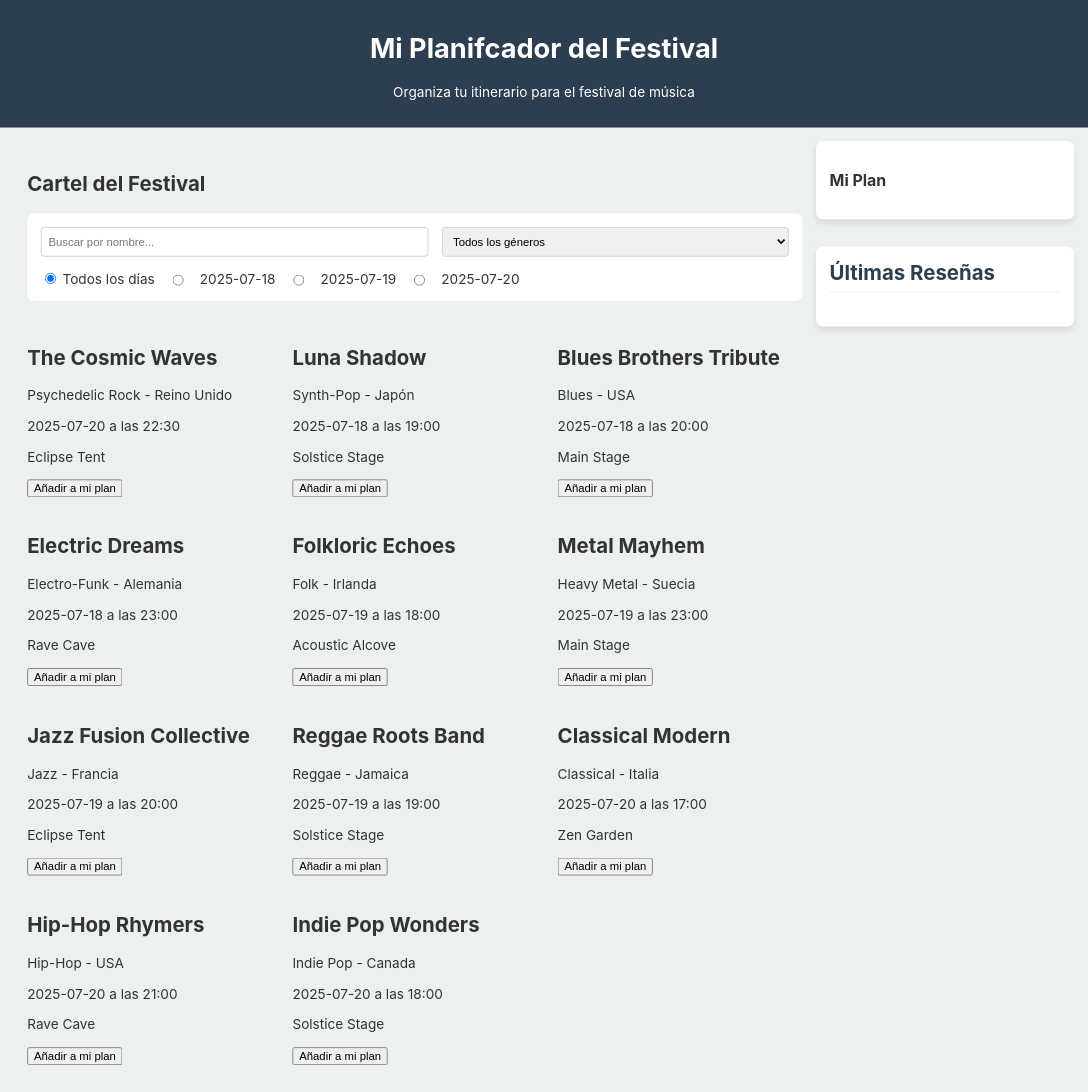
Repository: covaa15/DWEC
Page: Examen12_12_2025/index.html
An editor plug-in stored every save of this project. The page is shown before and after the next save, followed by the edit.
The browser window is 1280 px wide. The pictures show the whole page, at 85% of full size.

Above is the page before, as saved 2025-12-12 13:35:57.

### Examen12_12_2025/index.html
<!DOCTYPE html>
<html lang="es">
<head>
    <meta charset="UTF-8">
    <meta name="viewport" content="width=device-width, initial-scale=1.0">
    <title>Festival</title>
    <link rel="stylesheet" href="css/style.css">
</head>
<body>
    <!-- Encabezado principal de la aplicación -->
    <header>
        <h1>Mi Planifcador del Festival</h1>
        <p>Organiza tu itinerario para el festival de música</p>
    </header>

    <!-- Contenedor principal de la aplicación: organiza el dashboard y la columna derecha -->
    <div class="container">
        <!-- Sección principal del dashboard: muestra el cartel del festival y los filtros -->
        <main id="dashboard">
            <h2>Cartel del Festival</h2>
            <!-- Formulario de filtros para buscar y categorizar artistas -->
            <form id="filter-form">
                <input type="text" id="search-name" placeholder="Buscar por nombre...">
                <select id="filter-genre">
                    <option value="">Todos los géneros</option>
                    <!-- Las opciones de género se cargarán aquí dinámicamente mediante JavaScript -->
                </select>
                <div id="filter-day" class="radio-group">
                    <label><input type="radio" name="day" value="" checked> Todos los días</label>
                    <!-- Las opciones de día se cargarán aquí dinámicamente mediante JavaScript -->
                </div>
            </form>
            <!-- Contenedor donde se mostrarán las tarjetas de los artistas filtrados -->
            <div id="artist-list" class="grid-container">
                <!-- Las tarjetas de artistas se insertarán aquí por JavaScript -->
            </div>
        </main>

        <!-- Columna lateral derecha: contiene el plan del usuario y las reseñas -->
        <div class="right-column">
            <!-- Sección para el plan personalizado del usuario -->
            <aside id="my-plan-container">
                <h3>Mi Plan</h3>
                <!-- Lista donde se añadirán las actuaciones seleccionadas por el usuario -->
                <ul id="plan-list">
                    <!-- Las actuaciones añadidas aparecerán aquí por JavaScript -->
                </ul>
            </aside>
            <!-- Sección para mostrar las reseñas de los artistas -->
            <section id="reviews-section">
                <h2>Últimas Reseñas</h2>
                <!-- Contenedor donde se mostrarán las tarjetas de las reseñas -->
                <div id="reviews-list">
                    <!-- Las reseñas se insertarán aquí por JavaScript -->
                </div>
            </section>
        </div>
    </div>

    <!-- Modal para el formulario de reseña (inicialmente oculto) -->
    <div id="review-modal" class="modal-overlay" style="display: none;">
        <div class="modal-content">
            <button class="close-modal">&times;</button>
            <h3 id="modal-artist-name">Dejar reseña para...</h3>
            <!-- Formulario de reseña del artista. La validación se realiza en el cliente. -->
            <form id="review-form" novalidate>
                <div class="form-group">
                    <label>Calificación:</label>
                    <div class="star-rating">
                        <!-- Campos de radio para la calificación por estrellas (5 a 1) -->
                        <input type="radio" id="star5" name="rating" value="5" required><label for="star5" title="5 stars">★</label>
                        <input type="radio" id="star4" name="rating" value="4"><label for="star4" title="4 stars">★</label>
                        <input type="radio" id="star3" name="rating" value="3"><label for="star3" title="3 stars">★</label>
                        <input type="radio" id="star2" name="rating" value="2"><label for="star2" title="2 stars">★</label>
                        <input type="radio" id="star1" name="rating" value="1"><label for="star1" title="1 star">★</label>
                    </div>
                    <span class="error-message"></span>
                </div>
                <div class="form-group">
                    <label for="comment">Comentario:</label>
                    <textarea id="comment" name="comment" rows="4" minlength="15" required></textarea>
                    <span class="error-message"></span>
                </div>
                <div class="form-group">
                    <label for="email">Email:</label>
                    <input type="email" id="email" name="email" required>
                    <span class="error-message"></span>
                </div>
                <button type="submit">Enviar Reseña</button>
            </form>
        </div>
    </div>


    <!-- Mensaje de éxito temporal para confirmaciones de usuario (inicialmente oculto) -->
    <div id="success-message" class="success-message" style="display: none;"></div>

    <!-- Enlace al archivo JavaScript principal de la aplicación.
         El atributo 'type="module"' permite usar importaciones y exportaciones de módulos. -->
    <script src="js/main.js" type="module"></script>
</body>
</html>

### Examen12_12_2025/js/main.js
// js/main.js
let artistas = [];
let horarios = [];
let escenarios = [];
const dias = [];
let botonesPlan=null;;
const contenedorArtistas = document.querySelector("#artist-list");
const selectorGenero = document.querySelector('#filter-genre');
const buscador = document.querySelector('#search-name');
const filtrosDia = document.querySelector('#filter-day');
const listaPlanes=document.querySelector('#plan-list');
//Cargo los artistas
cargarEscenarios("./data/escenarios.json");
cargarHorarios("./data/horarios.json");
cargarArtistas("./data/artistas.json");



function cargarArtistas(ruta) {
    fetch(ruta)
        .then(res => res.json())
        .then(data => {
            artistas = data;
            mostrarArtistas(artistas);
        })
        .catch(error => console.log("Error al cargar productos:", error));

}
//Cargo los escenarios
function cargarEscenarios(ruta) {
    fetch(ruta)
        .then(res => res.json())
        .then(data => {
            escenarios = data;
            mostrarArtistas(artistas);
        })
        .catch(error => console.log("Error al cargar productos:", error));

}
//Cargo los horarios
function cargarHorarios(ruta) {
    fetch(ruta)
        .then(res => res.json())
        .then(data => {
            horarios = data;
            mostrarArtistas(artistas);
        })
        .catch(error => console.log("Error al cargar productos:", error));

}


function mostrarArtistas(artistas) {
    contenedorArtistas.innerHTML = "";
    cargarGeneros();
    cargarDias();
    artistas.forEach(artista => {
        const card = document.createElement('div');
        card.classList.add(".artist-card")

        let escenario = obtenerEscenario(artista.id);
        let horario = obtenerHorario(artista.id);
        card.innerHTML = `
        <h2>${artista.nombre}</h2>
        <p>${artista.genero} - ${artista.pais}</p>
        <div>
            <p>${horario.dia} a las ${horario.horaInicio}</p>
             <p> ${escenario}</p>
             <button id=${artista.id}>Añadir a mi plan</button>
        </div>
       `

        contenedorArtistas.appendChild(card);
        activarBotones();
    });


}
//Obtener el escenario
function obtenerEscenario(idArtista) {
    let nombreEscenario;
    const horario = obtenerHorario(idArtista);
    escenarios.forEach(escenario => {
        if (escenario.id === horario.escenarioId)
            nombreEscenario = escenario.nombre;
    });
    return nombreEscenario;
}

//Obtener Horarios
function obtenerHorario(idArtista) {
    let horarioArtista;
    horarios.forEach(horario => {

        if (horario.artistaId === idArtista)
            horarioArtista = horario;

    });
    return horarioArtista;
}

function cargarGeneros() {
    artistas.forEach(artista => {
        let opcion = document.createElement('option');
        opcion.textContent = artista.genero;

        selectorGenero.appendChild(opcion);
    });
}

function cargarDias() {

    horarios.forEach(horario => {


        if (dias.includes(horario.dia)===false) {
            dias.push(horario.dia);
            let label=document.createElement('label');
            label.textContent=horario.dia;
            let opcion = document.createElement('input');
            opcion.type = 'radio';
            opcion.name = 'day';
            opcion.value = horario.dia;
            filtrosDia.appendChild(opcion);
            filtrosDia.appendChild(label);

        }
    });
}


//Aplico los filtros
function aplicarFiltros() {
    const artistaBuscado = buscador.value.toLowerCase();
    let artistasFiltrados = artistas;
    const generoSeleccionado = selectorGenero.value.toLocaleLowerCase();

    if (artistaBuscado !== "") {
        artistasFiltrados = artistasFiltrados.filter(artista =>
            artista.nombre.toLowerCase().includes(artistaBuscado)
        );
    }

    if (generoSeleccionado !== '') {
        artistasFiltrados = artistasFiltrados.filter((artista) => {
            if (artista.genero.toLocaleLowerCase() === generoSeleccionado)
                return artista;
        }
        );
    }



    if (artistasFiltrados.length === 0) {
        contenedorArtistas.innerHTML = `<p>No se encontraron artistas.</p>`;
        contenedorArtistas.style.display = "block";
        return;
    }

    mostrarArtistas(artistasFiltrados);
}
buscador.addEventListener("input", aplicarFiltros);
selectorGenero.addEventListener("change", aplicarFiltros);

function activarBotones(){
    document.querySelectorAll("button").forEach(btn => {
        btn.addEventListener("click", () => {
            let artista=obtenerArtista(btn.id);
            let escenario=obtenerEscenario(artista.id);
            let horario=obtenerHorario(artista.id);

            let div=document.createElement('div');
            div.id=artista.id;

            let h1=document.createElement('h1');
            h1.textContent=artista.nombre;

            let p =document.createElement('p');
            p.textContent=escenario+''+ horario.dia+'@'+horario.horaInicio;

            let div2=document.createElement('div');
            const botonReseña=document.createElement('button');
            botonReseña.textContent="Reseña Enviada";
            botonReseña.id=artista.id;
            botonReseña.className="reseña";

            const botonEliminar=document.createElement('button');
            botonReseña.textContent="Eliminar";
            botonEliminar.id=artista.id;
            botonEliminar.className="eliminar";

            div2.appendChild(botonReseña);
            div2.appendChild(botonEliminar);

            div.appendChild(h1);
            div.appendChild(p);
            div.appendChild(div2);

            listaPlanes.appendChild(div);


            // listaPlanes.innerHTML=`
            // <h1>${artista.nombre}</h1>
            // <p>${escenario} ${horario.dia} @ ${horario.horaInicio}</p>
            // `

        });
    });

}

function obtenerArtista(botonID){
let artistaBoton;
    artistas.forEach(artista=>{
        if(artista.id===botonID)
            artistaBoton=artista;
    });
    return artistaBoton;
}

Loaded but not shown: Examen12_12_2025/data/artistas.json (90 lines, source omitted); Examen12_12_2025/data/horarios.json (86 lines, source omitted); Examen12_12_2025/data/escenarios.json (62 lines, source omitted); Examen12_12_2025/css/style.css (388 lines, source omitted)

After the next save:
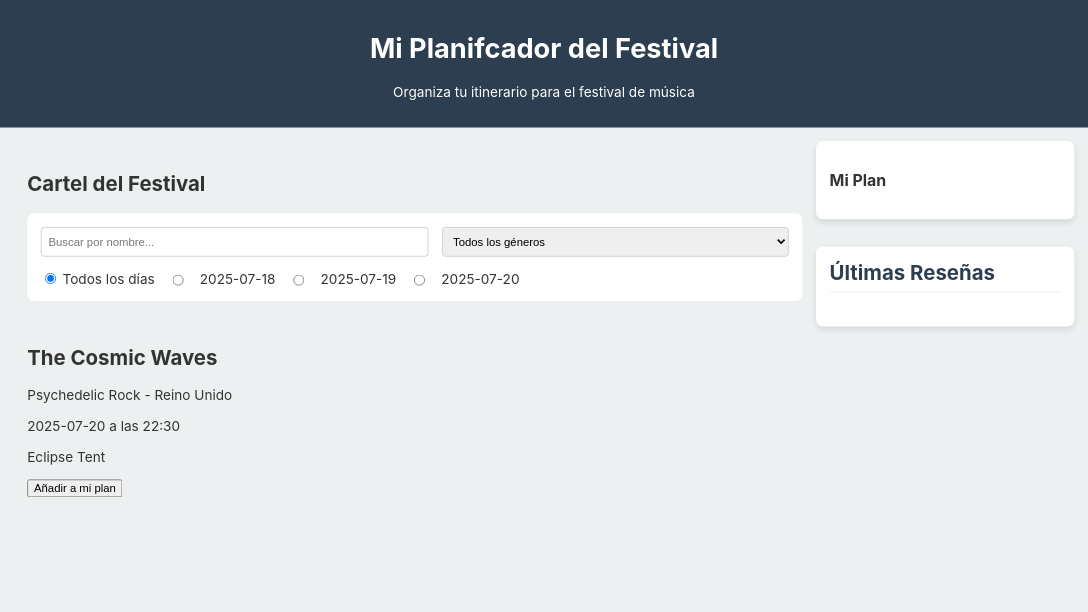
Saved 80 s later.
--- a/Examen12_12_2025/js/main.js
+++ b/Examen12_12_2025/js/main.js
@@ -163,40 +163,15 @@
 selectorGenero.addEventListener("change", aplicarFiltros);
 
 function activarBotones(){
+    let artista;
+    let escenario;
+    let horario;
     document.querySelectorAll("button").forEach(btn => {
         btn.addEventListener("click", () => {
-            let artista=obtenerArtista(btn.id);
-            let escenario=obtenerEscenario(artista.id);
-            let horario=obtenerHorario(artista.id);
-
-            let div=document.createElement('div');
-            div.id=artista.id;
-
-            let h1=document.createElement('h1');
-            h1.textContent=artista.nombre;
-
-            let p =document.createElement('p');
-            p.textContent=escenario+''+ horario.dia+'@'+horario.horaInicio;
-
-            let div2=document.createElement('div');
-            const botonReseña=document.createElement('button');
-            botonReseña.textContent="Reseña Enviada";
-            botonReseña.id=artista.id;
-            botonReseña.className="reseña";
-
-            const botonEliminar=document.createElement('button');
-            botonReseña.textContent="Eliminar";
-            botonEliminar.id=artista.id;
-            botonEliminar.className="eliminar";
-
-            div2.appendChild(botonReseña);
-            div2.appendChild(botonEliminar);
-
-            div.appendChild(h1);
-            div.appendChild(p);
-            div.appendChild(div2);
-
-            listaPlanes.appendChild(div);
+            artista=obtenerArtista(btn.id);
+            escenario=obtenerEscenario(artista.id);
+            horario=obtenerHorario(artista.id);
+
 
 
             // listaPlanes.innerHTML=`
@@ -205,6 +180,34 @@
             // `
 
         });
+        let div=document.createElement('div');
+        div.id=artista.id;
+
+        let h1=document.createElement('h1');
+        h1.textContent=artista.nombre;
+
+        let p =document.createElement('p');
+        p.textContent=escenario+''+ horario.dia+'@'+horario.horaInicio;
+
+        let div2=document.createElement('div');
+        const botonReseña=document.createElement('button');
+        botonReseña.textContent="Reseña Enviada";
+        botonReseña.id=artista.id;
+        botonReseña.className="reseña";
+
+        const botonEliminar=document.createElement('button');
+        botonReseña.textContent="Eliminar";
+        botonEliminar.id=artista.id;
+        botonEliminar.className="eliminar";
+
+        div2.appendChild(botonReseña);
+        div2.appendChild(botonEliminar);
+
+        div.appendChild(h1);
+        div.appendChild(p);
+        div.appendChild(div2);
+
+        listaPlanes.appendChild(div);
     });
 
 }

After the save that followed:
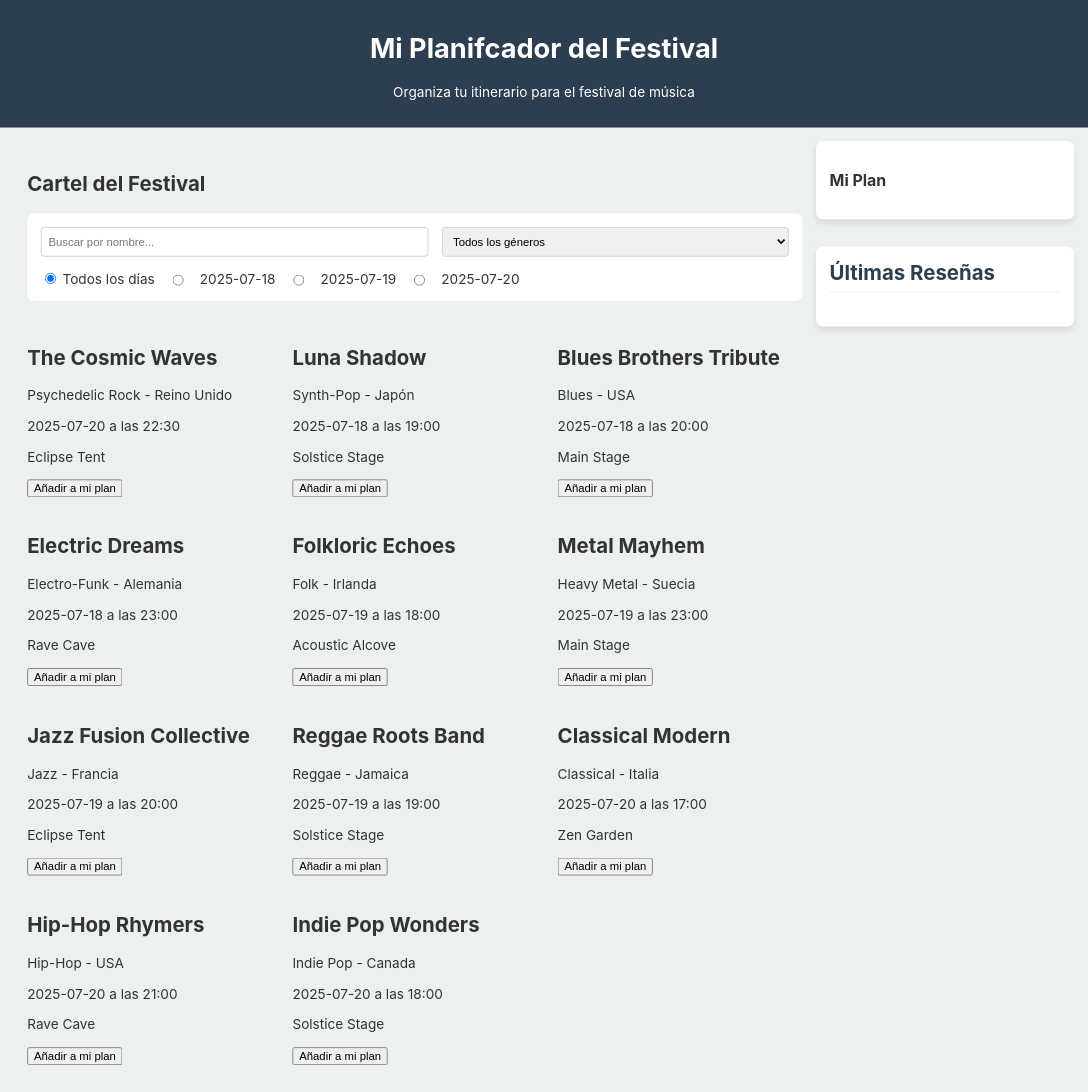
Saved 63 s later.
--- a/Examen12_12_2025/js/main.js
+++ b/Examen12_12_2025/js/main.js
@@ -163,15 +163,40 @@
 selectorGenero.addEventListener("change", aplicarFiltros);
 
 function activarBotones(){
-    let artista;
-    let escenario;
-    let horario;
     document.querySelectorAll("button").forEach(btn => {
         btn.addEventListener("click", () => {
-            artista=obtenerArtista(btn.id);
-            escenario=obtenerEscenario(artista.id);
-            horario=obtenerHorario(artista.id);
-
+            let artista=obtenerArtista(btn.id);
+            let escenario=obtenerEscenario(artista.id);
+            let horario=obtenerHorario(artista.id);
+
+            let div=document.createElement('div');
+            div.id=artista.id;
+
+            let h1=document.createElement('h1');
+            h1.textContent=artista.nombre;
+
+            let p =document.createElement('p');
+            p.textContent=escenario+''+ horario.dia+'@'+horario.horaInicio;
+
+            let div2=document.createElement('div');
+            const botonReseña=document.createElement('button');
+            botonReseña.textContent="Reseña Enviada";
+            botonReseña.id=artista.id;
+            botonReseña.className="reseña";
+
+            const botonEliminar=document.createElement('button');
+            botonReseña.textContent="Eliminar";
+            botonEliminar.id=artista.id;
+            botonEliminar.className="eliminar";
+
+            div2.appendChild(botonReseña);
+            div2.appendChild(botonEliminar);
+
+            div.appendChild(h1);
+            div.appendChild(p);
+            div.appendChild(div2);
+
+            listaPlanes.appendChild(div);
 
 
             // listaPlanes.innerHTML=`
@@ -180,34 +205,6 @@
             // `
 
         });
-        let div=document.createElement('div');
-        div.id=artista.id;
-
-        let h1=document.createElement('h1');
-        h1.textContent=artista.nombre;
-
-        let p =document.createElement('p');
-        p.textContent=escenario+''+ horario.dia+'@'+horario.horaInicio;
-
-        let div2=document.createElement('div');
-        const botonReseña=document.createElement('button');
-        botonReseña.textContent="Reseña Enviada";
-        botonReseña.id=artista.id;
-        botonReseña.className="reseña";
-
-        const botonEliminar=document.createElement('button');
-        botonReseña.textContent="Eliminar";
-        botonEliminar.id=artista.id;
-        botonEliminar.className="eliminar";
-
-        div2.appendChild(botonReseña);
-        div2.appendChild(botonEliminar);
-
-        div.appendChild(h1);
-        div.appendChild(p);
-        div.appendChild(div2);
-
-        listaPlanes.appendChild(div);
     });
 
 }
